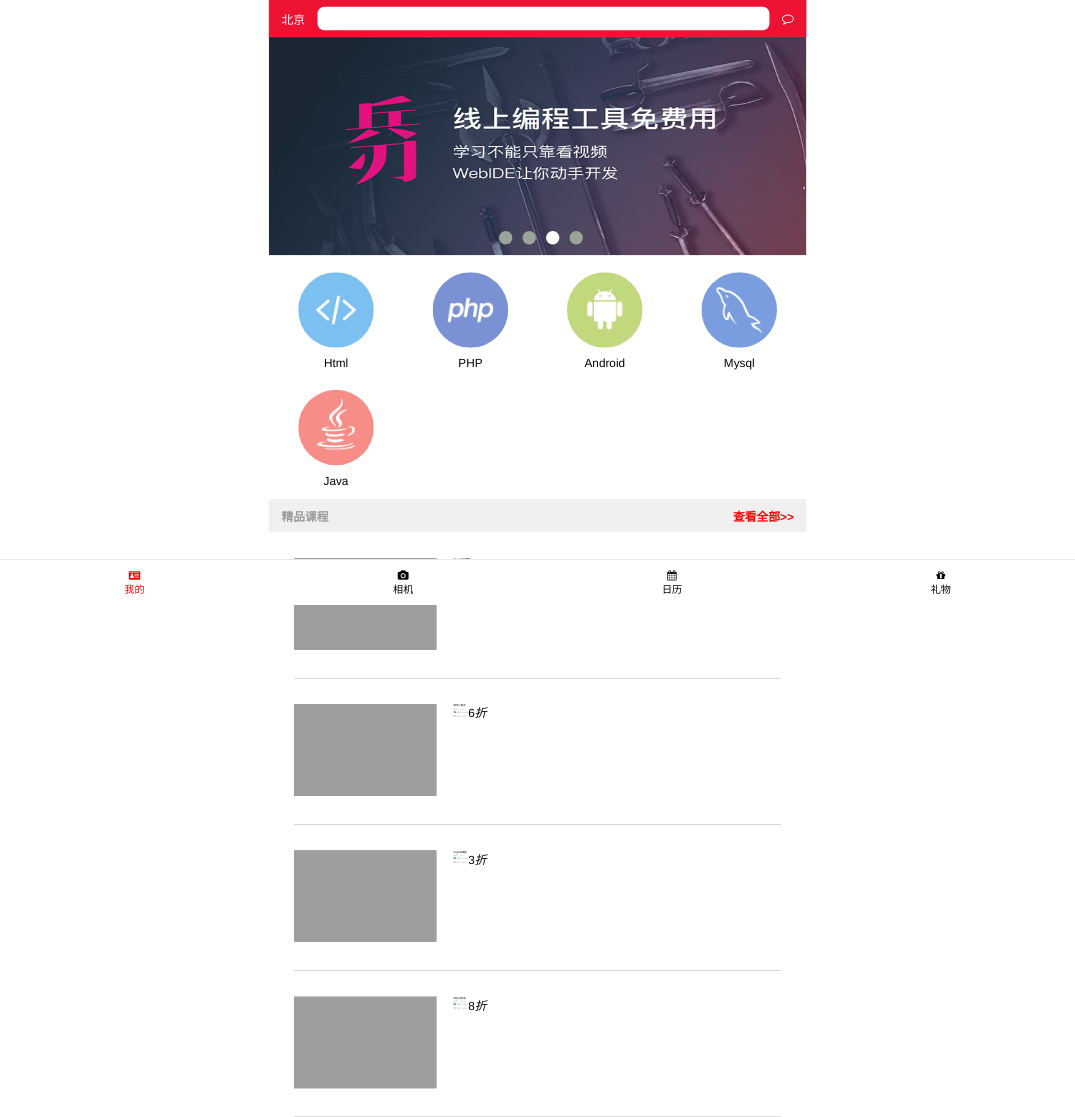
Repository: zhenzhen-gong/flextContent
Page: index.html
An editor plug-in stored every save of this project. The page is shown before and after the next save, followed by the edit.
The browser window is 1280 px wide. The pictures show the whole page, at 84% of full size.
Pictures or frames that could not be fetched are drawn as grey boxes.

Above is the page before, as saved 2020-06-19 10:44:12.

After the next save:
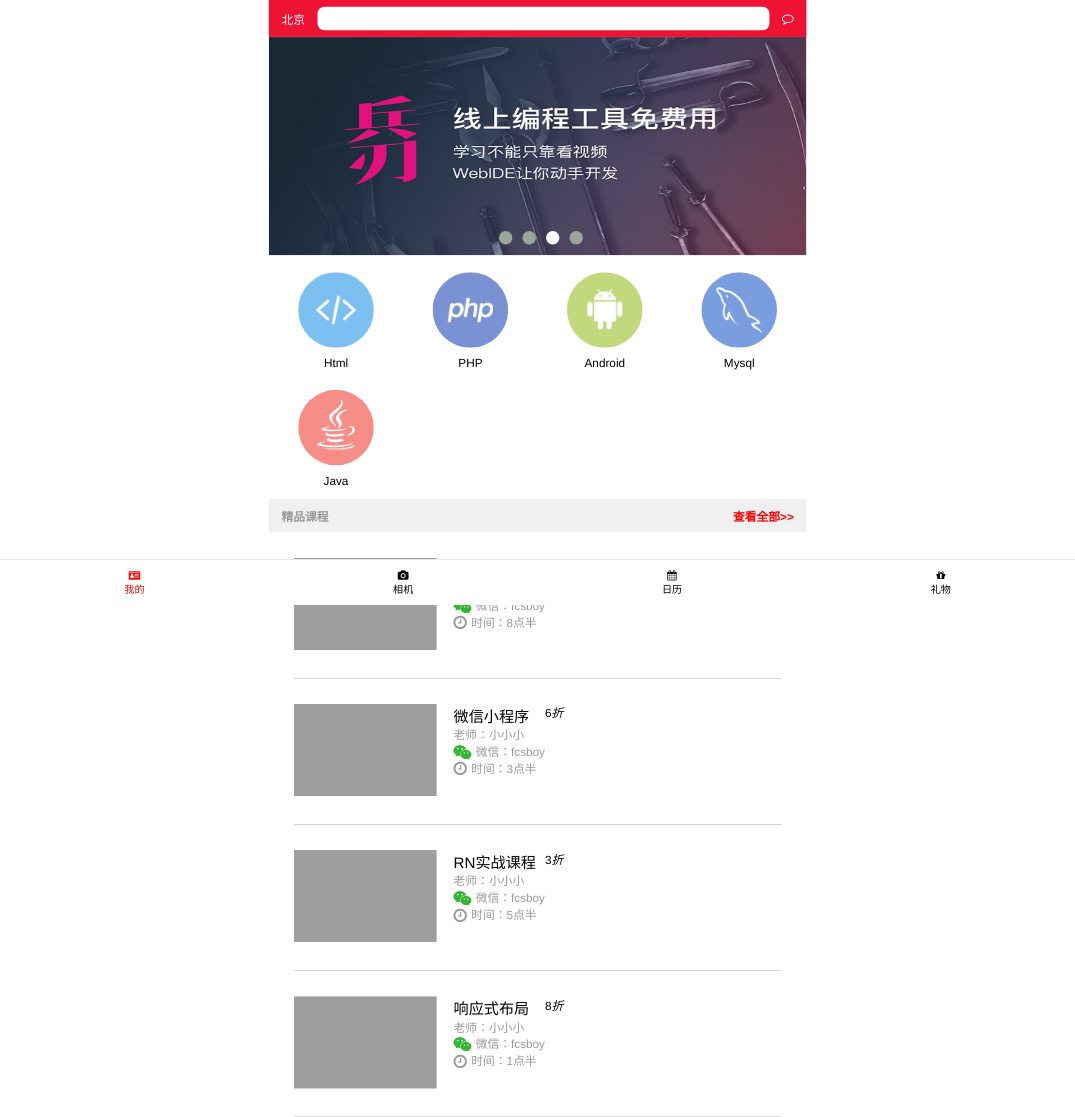
Saved 89 s later.
--- a/css/style.css
+++ b/css/style.css
@@ -144,29 +144,25 @@
    padding-left: 20px;
 }
 .item_center p:nth-child(1){
-	font-size: .18rem;
+	font-size: 18px;
 }
 .item_center p:nth-child(2){
-	font-size: .14rem;
 	color: #999;
 }
 .item_center p:nth-child(3){
-	font-size: .14rem;
 	color: #999;
 }
 .item_center p:nth-child(3) i{
 	color: #33b433;
-	margin-right: 0.05rem;
+	margin-right: 5px;
 }
 .item_center p:nth-child(4) i{
-	margin-right: 0.05rem;
+	margin-right: 5px;
 }
 .item_center p:nth-child(4){
-	font-size: .14rem;
 	color: #999;
 }
 .item_center p:nth-child(5){
-	font-size: .14rem;
 	color: #999;
 }
 
